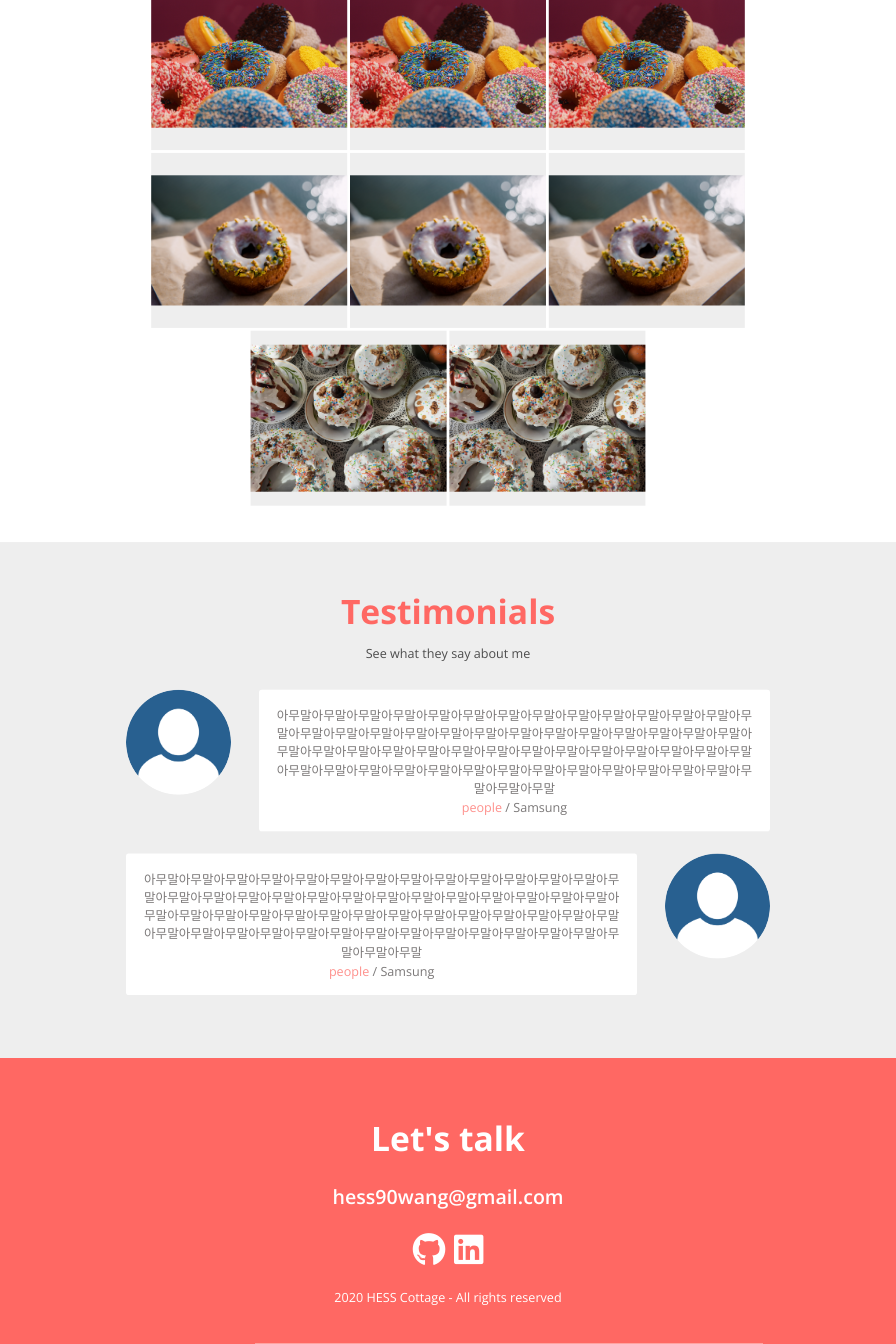
Repository: hesshess/Portfolio
Page: index.html
These files come from the project's save history. The page is drawn as it stood at one moment and after the next save; the edit follows.
The browser window is 1280 px wide. The pictures show the part of the page from y = 2638 to 4558 px (the page is 4558 px tall before and 4542 px after), at 70% of full size.
Some web libraries are served in a nearby version.

Above is the page before, as saved 2022-10-18 12:34:11.

After the next save:
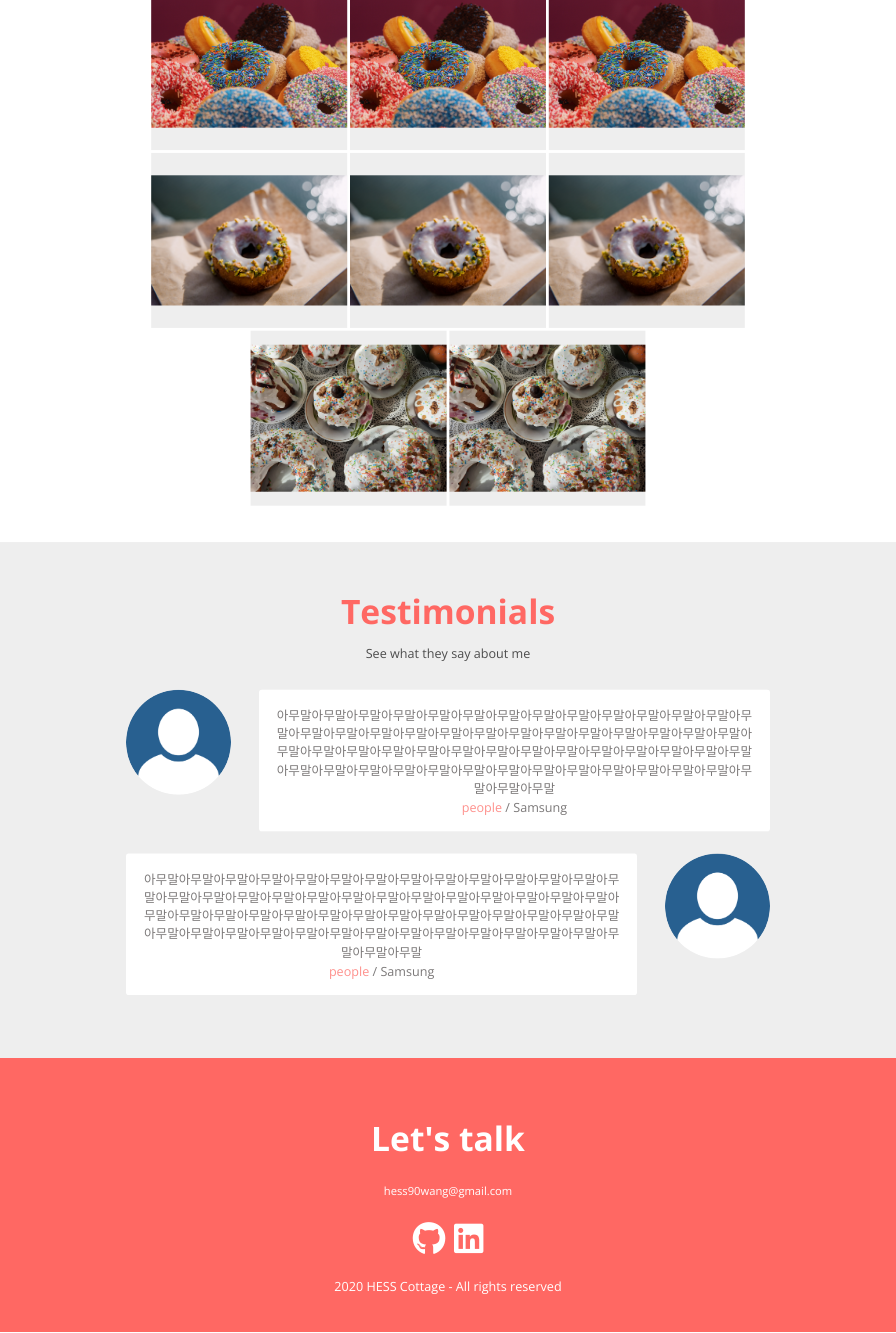
Saved 70 s later.
--- a/index.html
+++ b/index.html
@@ -394,11 +394,11 @@
     <!-- Contact -->
     <section id="contact" class="section">
       <h1 class="contact__title">Let's talk</h1>
-      <h2>
-        <a hret="mailto:hess90wang@gmail.com" class="contact__email"
-          >hess90wang@gmail.com</a
-        >
-      </h2>
+
+      <a hret="mailto:hess90wang@gmail.com" class="contact__email"
+        >hess90wang@gmail.com</a
+      >
+
       <div class="contact__links">
         <a href="https://github.com/hesshess" target="_blank">
           <i class="fab fa-github"></i>

After the save that followed:
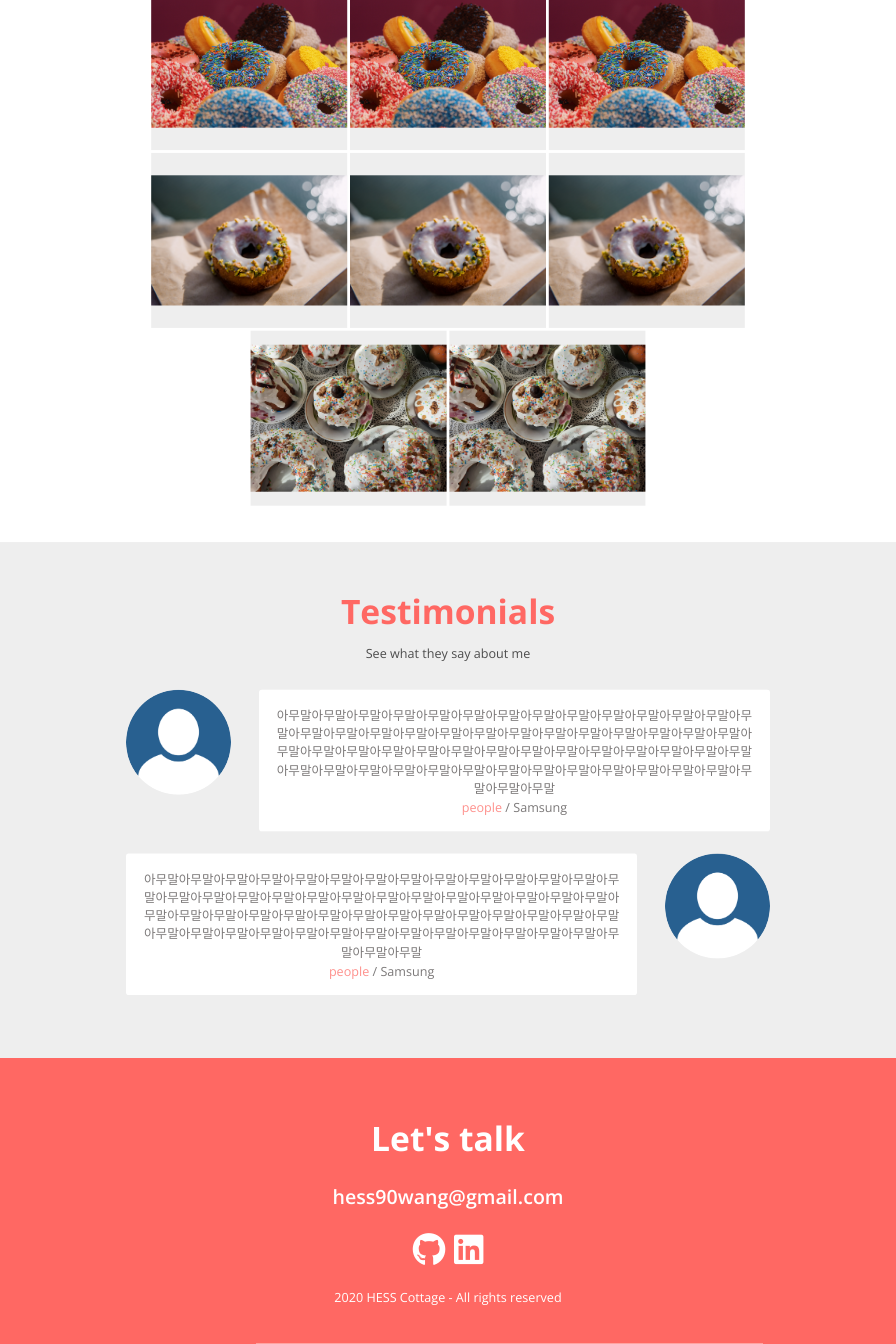
Saved 16 s later.
--- a/index.html
+++ b/index.html
@@ -394,11 +394,11 @@
     <!-- Contact -->
     <section id="contact" class="section">
       <h1 class="contact__title">Let's talk</h1>
-
-      <a hret="mailto:hess90wang@gmail.com" class="contact__email"
-        >hess90wang@gmail.com</a
-      >
-
+      <h2>
+        <a href="mailto:hess90wang@gmail.com" class="contact__email"
+          >hess90wang@gmail.com</a
+        >
+      </h2>
       <div class="contact__links">
         <a href="https://github.com/hesshess" target="_blank">
           <i class="fab fa-github"></i>
